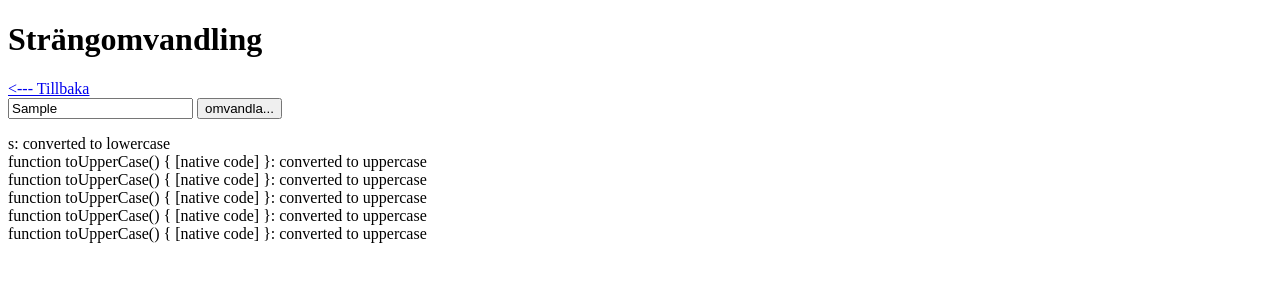
Repository: LindaOtt/1dv403-lo222hd-laborationer
Page: 1-vandalen/strings/index.html
The author's editor kept a record of every edit. The page is drawn from the files as they stood at one moment, then again after the next edit.
The browser window is 1280 px wide. The pictures show the whole page.
Empty fields were first filled with sample values (such as "Sample", 5 or name@example.com).
After loading, the first visible `#send` was clicked once.

Above is the page before.

### 1-vandalen/strings/index.html
<!DOCTYPE html>
<html lang="sv">
<head>
	<meta charset="UTF-8" />
 	<title>JavaScript - Strängar</title>
 	<style>
 		.error {
 			background-color: #F7A1A1;
 		}
 	</style>
</head>
    <body>
        <h1>Strängomvandling</h1>
        <a href="../index.html">&lt;--- Tillbaka</a>
 		<form>
 			<input type="text" id="string" /> <input id="send" type="submit" value="omvandla..." />
 			<p id="value"></p>
		</form>

        <p class="innerHTML"></p>
    	  <script src="script.js"></script>

    </body>
</html>

### 1-vandalen/strings/script.js
"use strict";

window.onload = function(){

	// I denna funktion ska du skriva koden för att hantera "spelet"
	var convertString = function(str){
		// Plats för förändring.
		// Returnera den konverterade strängen.
		// Vid fel, kasta ett undantag med ett meddelande till användaren.

		var message = "";

		//Går igenom varje karaktär i strängen
		for (var i = 0; i<str.length; i++) {
		    if (str[i] === str[i].toUpperCase()
		        && str[i] !== str[i].toLowerCase()) {

		        message = message + str[i].toLowerCase() + ": converted to lowercase<br>";
		    } else {
		        message = message + str[i].toUpperCase + ": converted to uppercase<br>";
		    }
		}

		return message;

	};
	// ------------------------------------------------------------------------------


	// Kod för att hantera utskrift och inmatning. Denna ska du inte behöva förändra
	var p = document.querySelector("#value"); // Referens till DOM-noden med id="#value"
	var input = document.querySelector("#string");
	var submit = document.querySelector("#send");

	// Vi kopplar en eventhanterare till formulärets skickaknapp som kör en anonym funktion.
	submit.addEventListener("click", function(e){
		e.preventDefault(); // Hindra formuläret från att skickas till servern. Vi hanterar allt på klienten.

		p.classList.remove( "error");

		try {
			var answer = convertString(input.value) // Läser in texten från textrutan och skickar till funktionen "convertString"
			p.innerHTML = answer;		// Skriver ut texten från arrayen som skapats i funktionen.
		} catch (error){
			p.classList.add( "error"); // Växla CSS-klass, IE10+
			p.innerHTML = error.message;
		}

	});



};

After the next edit:
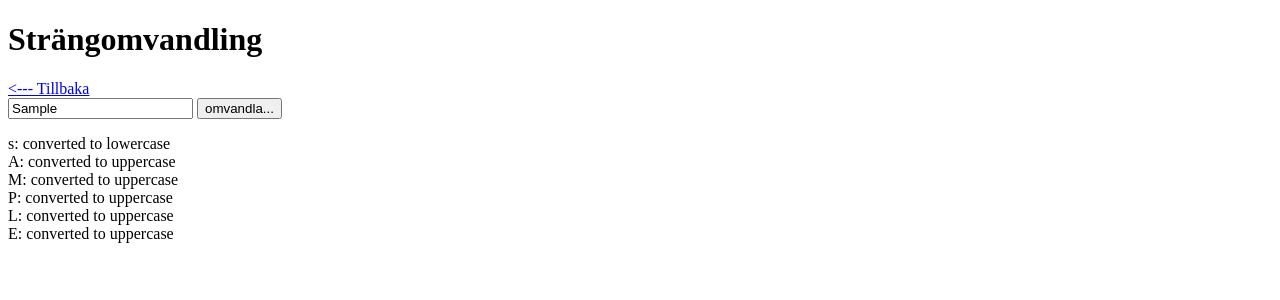
The edit:
--- a/1-vandalen/strings/script.js
+++ b/1-vandalen/strings/script.js
@@ -17,7 +17,7 @@
 
 		        message = message + str[i].toLowerCase() + ": converted to lowercase<br>";
 		    } else {
-		        message = message + str[i].toUpperCase + ": converted to uppercase<br>";
+		        message = message + str[i].toUpperCase() + ": converted to uppercase<br>";
 		    }
 		}
 
